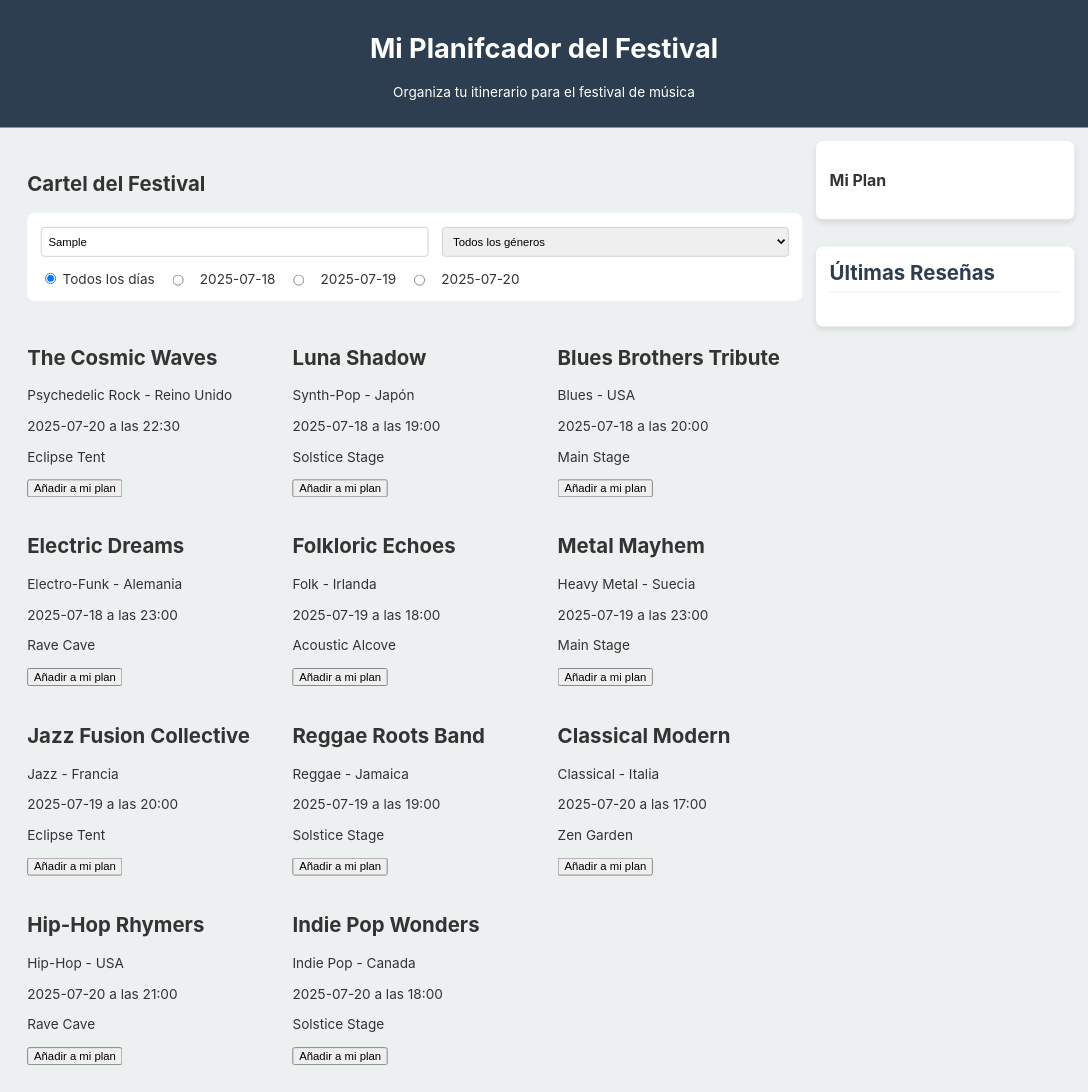
Repository: covaa15/DWEC
Page: Examen12_12_2025/index.html
The author's editor kept a copy of each file at every save. The page is drawn from the files as they stood at one save, then again after the next save.
The browser window is 1280 px wide. The pictures show the whole page, at 85% of full size.
Empty fields were first filled with sample values (such as "Sample", 5 or name@example.com).
After loading, the first visible `#a1` was clicked once.

Above is the page before, as saved 2025-12-12 13:19:34.

### Examen12_12_2025/index.html
<!DOCTYPE html>
<html lang="es">
<head>
    <meta charset="UTF-8">
    <meta name="viewport" content="width=device-width, initial-scale=1.0">
    <title>Festival</title>
    <link rel="stylesheet" href="css/style.css">
</head>
<body>
    <!-- Encabezado principal de la aplicación -->
    <header>
        <h1>Mi Planifcador del Festival</h1>
        <p>Organiza tu itinerario para el festival de música</p>
    </header>

    <!-- Contenedor principal de la aplicación: organiza el dashboard y la columna derecha -->
    <div class="container">
        <!-- Sección principal del dashboard: muestra el cartel del festival y los filtros -->
        <main id="dashboard">
            <h2>Cartel del Festival</h2>
            <!-- Formulario de filtros para buscar y categorizar artistas -->
            <form id="filter-form">
                <input type="text" id="search-name" placeholder="Buscar por nombre...">
                <select id="filter-genre">
                    <option value="">Todos los géneros</option>
                    <!-- Las opciones de género se cargarán aquí dinámicamente mediante JavaScript -->
                </select>
                <div id="filter-day" class="radio-group">
                    <label><input type="radio" name="day" value="" checked> Todos los días</label>
                    <!-- Las opciones de día se cargarán aquí dinámicamente mediante JavaScript -->
                </div>
            </form>
            <!-- Contenedor donde se mostrarán las tarjetas de los artistas filtrados -->
            <div id="artist-list" class="grid-container">
                <!-- Las tarjetas de artistas se insertarán aquí por JavaScript -->
            </div>
        </main>

        <!-- Columna lateral derecha: contiene el plan del usuario y las reseñas -->
        <div class="right-column">
            <!-- Sección para el plan personalizado del usuario -->
            <aside id="my-plan-container">
                <h3>Mi Plan</h3>
                <!-- Lista donde se añadirán las actuaciones seleccionadas por el usuario -->
                <ul id="plan-list">
                    <!-- Las actuaciones añadidas aparecerán aquí por JavaScript -->
                </ul>
            </aside>
            <!-- Sección para mostrar las reseñas de los artistas -->
            <section id="reviews-section">
                <h2>Últimas Reseñas</h2>
                <!-- Contenedor donde se mostrarán las tarjetas de las reseñas -->
                <div id="reviews-list">
                    <!-- Las reseñas se insertarán aquí por JavaScript -->
                </div>
            </section>
        </div>
    </div>

    <!-- Modal para el formulario de reseña (inicialmente oculto) -->
    <div id="review-modal" class="modal-overlay" style="display: none;">
        <div class="modal-content">
            <button class="close-modal">&times;</button>
            <h3 id="modal-artist-name">Dejar reseña para...</h3>
            <!-- Formulario de reseña del artista. La validación se realiza en el cliente. -->
            <form id="review-form" novalidate>
                <div class="form-group">
                    <label>Calificación:</label>
                    <div class="star-rating">
                        <!-- Campos de radio para la calificación por estrellas (5 a 1) -->
                        <input type="radio" id="star5" name="rating" value="5" required><label for="star5" title="5 stars">★</label>
                        <input type="radio" id="star4" name="rating" value="4"><label for="star4" title="4 stars">★</label>
                        <input type="radio" id="star3" name="rating" value="3"><label for="star3" title="3 stars">★</label>
                        <input type="radio" id="star2" name="rating" value="2"><label for="star2" title="2 stars">★</label>
                        <input type="radio" id="star1" name="rating" value="1"><label for="star1" title="1 star">★</label>
                    </div>
                    <span class="error-message"></span>
                </div>
                <div class="form-group">
                    <label for="comment">Comentario:</label>
                    <textarea id="comment" name="comment" rows="4" minlength="15" required></textarea>
                    <span class="error-message"></span>
                </div>
                <div class="form-group">
                    <label for="email">Email:</label>
                    <input type="email" id="email" name="email" required>
                    <span class="error-message"></span>
                </div>
                <button type="submit">Enviar Reseña</button>
            </form>
        </div>
    </div>


    <!-- Mensaje de éxito temporal para confirmaciones de usuario (inicialmente oculto) -->
    <div id="success-message" class="success-message" style="display: none;"></div>

    <!-- Enlace al archivo JavaScript principal de la aplicación.
         El atributo 'type="module"' permite usar importaciones y exportaciones de módulos. -->
    <script src="js/main.js" type="module"></script>
</body>
</html>

### Examen12_12_2025/css/style.css
/* --- GENERALES Y LAYOUT --- */
/* Este bloque define variables globales (--variable) para la paleta de colores y estilos reutilizables.
   También establece los estilos base para la página, como la fuente y la maquetación principal de dos columnas usando Flexbox. */
:root {
    --primary-color: #2c3e50;
    --secondary-color: #3498db;
    --background-color: #ecf0f1;
    --card-bg-color: #ffffff;
    --text-color: #333;
    --error-color: #e74c3c;
    --success-color: #2ecc71;
    --star-color: #f1c40f;
    --border-radius: 8px;
    --box-shadow: 0 4px 8px rgba(0, 0, 0, 0.1);
}

body {
    font-family: -apple-system, BlinkMacSystemFont, "Segoe UI", Roboto, Helvetica, Arial, sans-serif;
    margin: 0;
    background-color: var(--background-color);
    color: var(--text-color);
}

header {
    background-color: var(--primary-color);
    color: white;
    padding: 1rem 2rem;
    text-align: center;
}

.container {
    display: flex;
    flex-wrap: wrap;
    padding: 1rem;
}

main#dashboard {
    flex: 3;
    min-width: 300px;
    padding: 1rem;
}

.right-column {
    flex: 1;
    min-width: 300px;
    display: flex;
    flex-direction: column;
    gap: 2rem;
}

aside#my-plan-container {
    background-color: var(--card-bg-color);
    padding: 1rem;
    border-radius: var(--border-radius);
    box-shadow: var(--box-shadow);
}

/* --- FORMULARIO DE FILTROS --- */
/* Estilos para el formulario que permite al usuario buscar y filtrar artistas. */
#filter-form {
    display: flex;
    flex-wrap: wrap;
    gap: 1rem;
    margin-bottom: 2rem;
    background-color: var(--card-bg-color);
    padding: 1rem;
    border-radius: var(--border-radius);
}

#filter-form input[type="text"],
#filter-form select {
    padding: 0.5rem;
    border: 1px solid #ccc;
    border-radius: 4px;
    flex-grow: 1;
}

.radio-group {
    display: flex;
    gap: 1rem;
    align-items: center;
}

/* --- TARJETAS DE ARTISTAS --- */
/* Define el layout de parrilla para las tarjetas de artistas y el estilo de cada tarjeta individual,
   incluyendo efectos visuales como sombras y animaciones al pasar el ratón. */
.grid-container {
    display: grid;
    grid-template-columns: repeat(auto-fill, minmax(220px, 1fr));
    gap: 1.5rem;
}

.artist-card {
    background: var(--card-bg-color);
    border-radius: var(--border-radius);
    box-shadow: var(--box-shadow);
    padding: 1rem;
    transition: transform 0.2s, box-shadow 0.2s;
    display: flex;
    flex-direction: column;
}

.artist-card:hover {
    transform: translateY(-5px);
    box-shadow: 0 8px 16px rgba(0, 0, 0, 0.15);
}

.artist-card h3 {
    margin-top: 0;
    color: var(--primary-color);
}

.artist-card p {
    font-size: 0.9rem;
    color: #7f8c8d;
    margin: 0.5rem 0;
}

.card-schedule-info {
    font-size: 0.85rem;
    color: #34495e;
    background-color: #f8f9f9;
    padding: 0.5rem;
    border-radius: 4px;
    margin: 1rem 0;
    border-left: 3px solid var(--secondary-color);
}

.card-schedule-info span {
    display: block;
}

.card-schedule-info span:first-child {
    font-weight: bold;
}

.artist-card button {
    background-color: var(--secondary-color);
    color: white;
    border: none;
    padding: 0.6rem 1rem;
    border-radius: 4px;
    cursor: pointer;
    width: 100%;
    margin-top: auto; /* Empuja el botón al final */
    transition: background-color 0.2s;
}

.artist-card button:hover {
    background-color: #2980b9;
}

/* --- SECCIÓN "MI PLAN" --- */
/* Estilos para la lista de actuaciones que el usuario ha seleccionado.
   Incluye el estilo de cada elemento de la lista y sus botones de acción (Eliminar, Dejar reseña). */
#plan-list {
    list-style-type: none;
    padding: 0;
    margin: 0;
}

#plan-list li {
    background-color: #f9f9f9;
    padding: 0.8rem;
    margin-bottom: 0.8rem;
    border-radius: 4px;
    border-left: 5px solid var(--secondary-color);
    position: relative;
}

#plan-list .plan-item-info strong {
    display: block;
    color: var(--primary-color);
}

#plan-list .plan-item-info span {
    font-size: 0.85rem;
    color: #7f8c8d;
}

#plan-list .plan-item-actions {
    margin-top: 0.5rem;
    display: flex;
    gap: 0.5rem;
}

.plan-item-actions button {
    font-size: 0.75rem;
    padding: 0.3rem 0.6rem;
    border-radius: 3px;
    cursor: pointer;
    border: 1px solid;
}

.btn-delete {
    border-color: var(--error-color);
    color: var(--error-color);
    background: transparent;
}
.btn-review {
    border-color: var(--secondary-color);
    color: var(--secondary-color);
    background: transparent;
}
.btn-review:disabled {
    border-color: #ccc;
    color: #ccc;
    cursor: not-allowed;
}


/* --- MODAL --- */
/* Estilos para la ventana modal que aparece superpuesta.
   Define la capa de fondo oscura y el contenedor del contenido del modal. */
.modal-overlay {
    position: fixed;
    top: 0;
    left: 0;
    width: 100%;
    height: 100%;
    background-color: rgba(0, 0, 0, 0.6);
    display: flex;
    justify-content: center;
    align-items: center;
    z-index: 1000;
}

.modal-content {
    background: white;
    padding: 2rem;
    border-radius: var(--border-radius);
    width: 90%;
    max-width: 500px;
    position: relative;
}

.close-modal {
    position: absolute;
    top: 1rem;
    right: 1rem;
    background: none;
    border: none;
    font-size: 1.5rem;
    cursor: pointer;
}

/* --- FORMULARIO DE RESEÑA --- */
/* Define los estilos para el formulario dentro del modal, incluyendo los campos de entrada,
   los mensajes de error de validación y el sistema de calificación por estrellas. */
#review-form .form-group {
    margin-bottom: 1rem;
}

#review-form label {
    display: block;
    margin-bottom: 0.3rem;
}

#review-form input,
#review-form textarea {
    width: 100%;
    padding: 0.5rem;
    border: 1px solid #ccc;
    border-radius: 4px;
    box-sizing: border-box;
}

#review-form button {
    background-color: var(--success-color);
    color: white;
    padding: 0.7rem 1.5rem;
    border: none;
    border-radius: 4px;
    cursor: pointer;
}
.error-message {
    color: var(--error-color);
    font-size: 0.8rem;
    height: 1rem;
    display: block;
}
input:invalid, textarea:invalid {
    border-color: var(--error-color);
}

/* Star Rating: Implementación de calificación por estrellas con inputs de radio y CSS. */
.star-rating {
    display: flex;
    flex-direction: row-reverse;
    justify-content: flex-end;
}

.star-rating input[type="radio"] {
    display: none;
}

.star-rating label {
    color: #ccc;
    cursor: pointer;
    font-size: 2rem;
    margin: 0;
}

.star-rating input[type="radio"]:checked ~ label,
.star-rating label:hover,
.star-rating label:hover ~ label {
    color: var(--star-color);
}

/* --- MENSAJE DE ÉXITO --- */
/* Estilos para la notificación flotante que aparece tras enviar una reseña. */
.success-message {
    position: fixed;
    bottom: 20px;
    left: 50%;
    transform: translateX(-50%);
    background-color: var(--success-color);
    color: white;
    padding: 1rem 2rem;
    border-radius: var(--border-radius);
    z-index: 1001;
    box-shadow: var(--box-shadow);
}


/* --- SECCIÓN DE RESEÑAS --- */
/* Estilos para la sección que muestra las reseñas enviadas y el formato de cada tarjeta de reseña. */
#reviews-section {
    background-color: var(--card-bg-color);
    padding: 1rem;
    border-radius: var(--border-radius);
    box-shadow: var(--box-shadow);
}

#reviews-section h2 {
    text-align: left;
    margin-top: 0;
    margin-bottom: 1.5rem;
    padding-bottom: 0.5rem;
    border-bottom: 1px solid #eee;
    color: var(--primary-color);
}

#reviews-list {
    display: flex;
    flex-direction: column;
    gap: 1rem;
}

.review-card {
    background: #f9f9f9;
    border-radius: var(--border-radius);
    padding: 1rem;
    display: flex;
    flex-direction: column;
    border-left: 5px solid var(--secondary-color);
}

.review-card h4 {
    margin: 0 0 0.5rem 0;
    color: var(--primary-color);
}

.review-card-rating {
    color: var(--star-color);
    font-size: 1.2rem;
    margin-bottom: 1rem;
}

.review-card-comment {
    font-style: italic;
    color: #555;
    margin: 0;
}


/* --- RESPONSIVE --- */
/* Contiene las Media Queries para adaptar el diseño a diferentes tamaños de pantalla,
   como apilar las columnas en dispositivos móviles. */
@media (max-width: 992px) {
    .container {
        flex-direction: column;
    }
    .right-column {
        margin-top: 2rem;
        gap: 2rem;
    }
}

### Examen12_12_2025/js/main.js
// js/main.js
let artistas = [];
let horarios = [];
let escenarios = [];
const dias = [];
let botonesPlan=null;;
const contenedorArtistas = document.querySelector("#artist-list");
const selectorGenero = document.querySelector('#filter-genre');
const buscador = document.querySelector('#search-name');
const filtrosDia = document.querySelector('#filter-day');
const listaPlanes=document.querySelector('#plan-list');
//Cargo los artistas
cargarEscenarios("./data/escenarios.json");
cargarHorarios("./data/horarios.json");
cargarArtistas("./data/artistas.json");



function cargarArtistas(ruta) {
    fetch(ruta)
        .then(res => res.json())
        .then(data => {
            artistas = data;
            mostrarArtistas(artistas);
        })
        .catch(error => console.log("Error al cargar productos:", error));

}
//Cargo los escenarios
function cargarEscenarios(ruta) {
    fetch(ruta)
        .then(res => res.json())
        .then(data => {
            escenarios = data;
            mostrarArtistas(artistas);
        })
        .catch(error => console.log("Error al cargar productos:", error));

}
//Cargo los horarios
function cargarHorarios(ruta) {
    fetch(ruta)
        .then(res => res.json())
        .then(data => {
            horarios = data;
            mostrarArtistas(artistas);
        })
        .catch(error => console.log("Error al cargar productos:", error));

}


function mostrarArtistas(artistas) {
    contenedorArtistas.innerHTML = "";
    cargarGeneros();
    cargarDias();
    artistas.forEach(artista => {
        const card = document.createElement('div');
        card.classList.add(".artist-card")

        let escenario = obtenerEscenario(artista.id);
        let horario = obtenerHorario(artista.id);
        card.innerHTML = `
        <h2>${artista.nombre}</h2>
        <p>${artista.genero} - ${artista.pais}</p>
        <div>
            <p>${horario.dia} a las ${horario.horaInicio}</p>
             <p> ${escenario}</p>
             <button id=${artista.id}>Añadir a mi plan</button>
        </div>
       `

        contenedorArtistas.appendChild(card);
        activarBotones();
    });


}
//Obtener el escenario
function obtenerEscenario(idArtista) {
    let nombreEscenario;
    const horario = obtenerHorario(idArtista);
    escenarios.forEach(escenario => {
        if (escenario.id === horario.escenarioId)
            nombreEscenario = escenario.nombre;
    });
    return nombreEscenario;
}

//Obtener Horarios
function obtenerHorario(idArtista) {
    let horarioArtista;
    horarios.forEach(horario => {

        if (horario.artistaId === idArtista)
            horarioArtista = horario;

    });
    return horarioArtista;
}

function cargarGeneros() {
    artistas.forEach(artista => {
        let opcion = document.createElement('option');
        opcion.textContent = artista.genero;

        selectorGenero.appendChild(opcion);
    });
}

function cargarDias() {

    horarios.forEach(horario => {


        if (dias.includes(horario.dia)===false) {
            dias.push(horario.dia);
            let label=document.createElement('label');
            label.textContent=horario.dia;
            let opcion = document.createElement('input');
            opcion.type = 'radio';
            opcion.name = 'day';
            opcion.value = horario.dia;
            filtrosDia.appendChild(opcion);
            filtrosDia.appendChild(label);

        }
    });
}


//Aplico los filtros
function aplicarFiltros() {
    const artistaBuscado = buscador.value.toLowerCase();
    let artistasFiltrados = artistas;
    const generoSeleccionado = selectorGenero.value.toLocaleLowerCase();

    if (artistaBuscado !== "") {
        artistasFiltrados = artistasFiltrados.filter(artista =>
            artista.nombre.toLowerCase().includes(artistaBuscado)
        );
    }

    if (generoSeleccionado !== '') {
        artistasFiltrados = artistasFiltrados.filter((artista) => {
            if (artista.genero.toLocaleLowerCase() === generoSeleccionado)
                return artista;
        }
        );
    }



    if (artistasFiltrados.length === 0) {
        contenedorArtistas.innerHTML = `<p>No se encontraron artistas.</p>`;
        contenedorArtistas.style.display = "block";
        return;
    }

    mostrarArtistas(artistasFiltrados);
}
buscador.addEventListener("input", aplicarFiltros);
selectorGenero.addEventListener("change", aplicarFiltros);

function activarBotones(){
    document.querySelectorAll("button").forEach(btn => {
        btn.addEventListener("click", () => {
console.log(btn.id);


        });
    });


}

### Examen12_12_2025/data/escenarios.json
[
  {
    "id": "e1",
    "nombre": "Solstice Stage",
    "capacidad": 15000,
    "ubicacion": "Zona Norte"
  },
  {
    "id": "e2",
    "nombre": "Eclipse Tent",
    "capacidad": 5000,
    "ubicacion": "Zona Oeste"
  },
  {
    "id": "e3",
    "nombre": "Zen Garden",
    "capacidad": 3000,
    "ubicacion": "Zona Sur"
  },
  {
    "id": "e4",
    "nombre": "Rave Cave",
    "capacidad": 7000,
    "ubicacion": "Zona Este"
  },
  {
    "id": "e5",
    "nombre": "Acoustic Alcove",
    "capacidad": 1000,
    "ubicacion": "Centro"
  },
  {
    "id": "e6",
    "nombre": "Main Stage",
    "capacidad": 20000,
    "ubicacion": "Entrada Principal"
  },
  {
    "id": "e7",
    "nombre": "Chill Zone",
    "capacidad": 2000,
    "ubicacion": "Junto al Lago"
  },
  {
    "id": "e8",
    "nombre": "Groove Ground",
    "capacidad": 6000,
    "ubicacion": "Área de Comida"
  },
  {
    "id": "e9",
    "nombre": "Tech Temple",
    "capacidad": 4000,
    "ubicacion": "Bosque"
  },
  {
    "id": "e10",
    "nombre": "Vibe Village",
    "capacidad": 2500,
    "ubicacion": "Campamento"
  }
]

### Examen12_12_2025/data/horarios.json
[
  {
    "artistaId": "a1",
    "escenarioId": "e6",
    "dia": "2025-07-18",
    "horaInicio": "22:00",
    "duracion": 90
  },
  {
    "artistaId": "a3",
    "escenarioId": "e6",
    "dia": "2025-07-18",
    "horaInicio": "20:00",
    "duracion": 90
  },
  {
    "artistaId": "a2",
    "escenarioId": "e1",
    "dia": "2025-07-18",
    "horaInicio": "19:00",
    "duracion": 60
  },
  {
    "artistaId": "a4",
    "escenarioId": "e4",
    "dia": "2025-07-18",
    "horaInicio": "23:00",
    "duracion": 75
  },
  {
    "artistaId": "a5",
    "escenarioId": "e5",
    "dia": "2025-07-19",
    "horaInicio": "18:00",
    "duracion": 60
  },
  {
    "artistaId": "a6",
    "escenarioId": "e6",
    "dia": "2025-07-19",
    "horaInicio": "23:00",
    "duracion": 120
  },
  {
    "artistaId": "a7",
    "escenarioId": "e2",
    "dia": "2025-07-19",
    "horaInicio": "20:00",
    "duracion": 90
  },
  {
    "artistaId": "a8",
    "escenarioId": "e1",
    "dia": "2025-07-19",
    "horaInicio": "19:00",
    "duracion": 75
  },
  {
    "artistaId": "a9",
    "escenarioId": "e3",
    "dia": "2025-07-20",
    "horaInicio": "17:00",
    "duracion": 60
  },
  {
    "artistaId": "a10",
    "escenarioId": "e4",
    "dia": "2025-07-20",
    "horaInicio": "21:00",
    "duracion": 90
  },
  {
    "artistaId": "a11",
    "escenarioId": "e1",
    "dia": "2025-07-20",
    "horaInicio": "18:00",
    "duracion": 75
  },
  {
    "artistaId": "a1",
    "escenarioId": "e2",
    "dia": "2025-07-20",
    "horaInicio": "22:30",
    "duracion": 90
  }
]

### Examen12_12_2025/data/artistas.json
[
  {
    "id": "a1",
    "nombre": "The Cosmic Waves",
    "genero": "Psychedelic Rock",
    "pais": "Reino Unido",
    "miembros": ["Alex", "Zoe", "Sam", "Leo"],
    "fansEstimados": 12000
  },
  {
    "id": "a2",
    "nombre": "Luna Shadow",
    "genero": "Synth-Pop",
    "pais": "Japón",
    "miembros": ["Yuki"],
    "fansEstimados": 8000
  },
  {
    "id": "a3",
    "nombre": "Blues Brothers Tribute",
    "genero": "Blues",
    "pais": "USA",
    "miembros": ["Jake", "Elwood"],
    "fansEstimados": 15000
  },
  {
    "id": "a4",
    "nombre": "Electric Dreams",
    "genero": "Electro-Funk",
    "pais": "Alemania",
    "miembros": ["DJ Spark", "BassBot"],
    "fansEstimados": 9500
  },
  {
    "id": "a5",
    "nombre": "Folkloric Echoes",
    "genero": "Folk",
    "pais": "Irlanda",
    "miembros": ["Fiona", "Liam", "Aoife"],
    "fansEstimados": 7000
  },
  {
    "id": "a6",
    "nombre": "Metal Mayhem",
    "genero": "Heavy Metal",
    "pais": "Suecia",
    "miembros": ["Thor", "Odin", "Loki"],
    "fansEstimados": 18000
  },
  {
    "id": "a7",
    "nombre": "Jazz Fusion Collective",
    "genero": "Jazz",
    "pais": "Francia",
    "miembros": ["Pierre", "Marie", "Louis"],
    "fansEstimados": 6000
  },
  {
    "id": "a8",
    "nombre": "Reggae Roots Band",
    "genero": "Reggae",
    "pais": "Jamaica",
    "miembros": ["Rasta Joe", "Mama Earth"],
    "fansEstimados": 11000
  },
  {
    "id": "a9",
    "nombre": "Classical Modern",
    "genero": "Classical",
    "pais": "Italia",
    "miembros": ["Maestro Carlo"],
    "fansEstimados": 4000
  },
  {
    "id": "a10",
    "nombre": "Hip-Hop Rhymers",
    "genero": "Hip-Hop",
    "pais": "USA",
    "miembros": ["MC Flow", "Beat Master"],
    "fansEstimados": 13000
  },
  {
    "id": "a11",
    "nombre": "Indie Pop Wonders",
    "genero": "Indie Pop",
    "pais": "Canada",
    "miembros": ["Chloe", "Finn"],
    "fansEstimados": 8500
  }
]

After the next save:
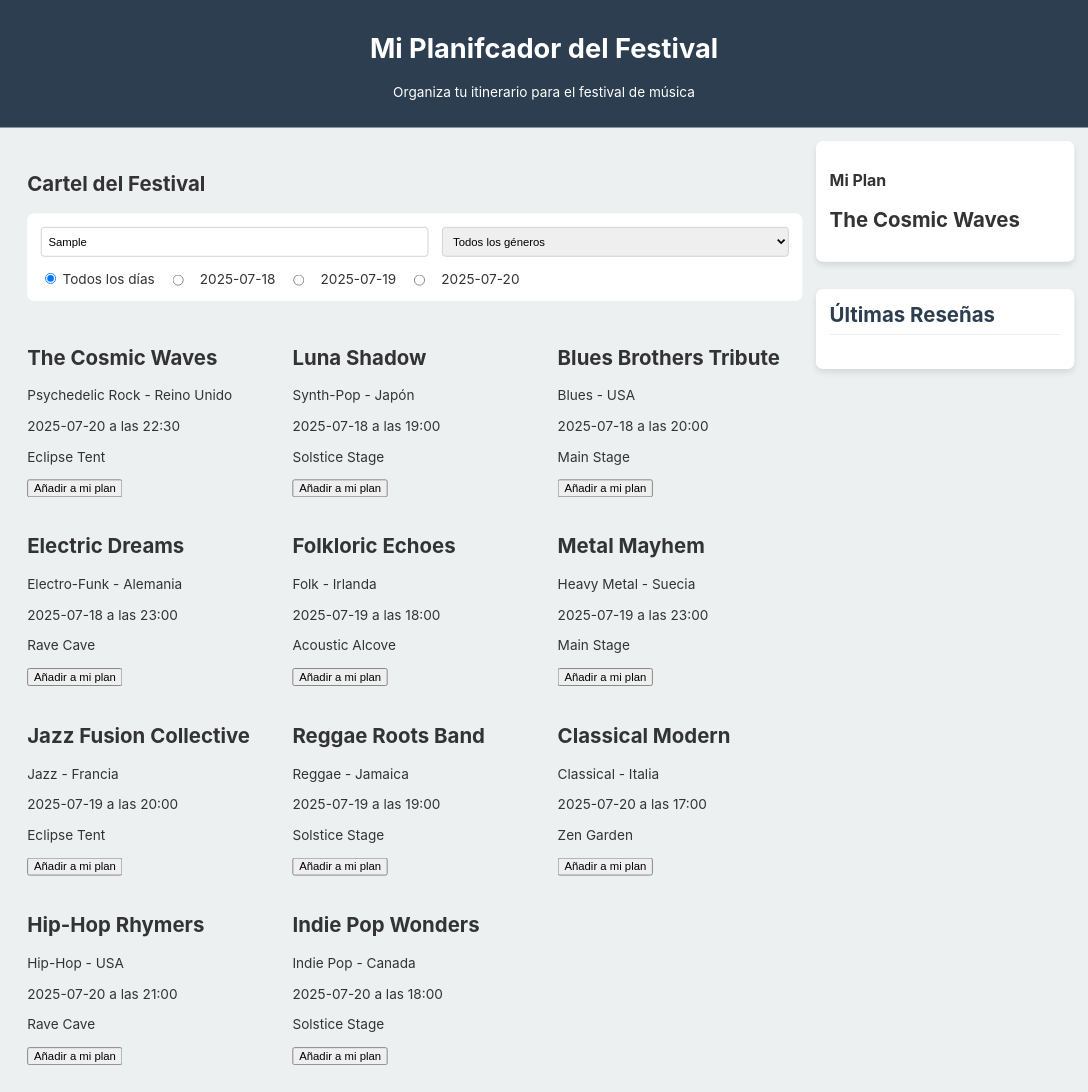
Saved 3 min 41 s later.
--- a/Examen12_12_2025/js/main.js
+++ b/Examen12_12_2025/js/main.js
@@ -165,11 +165,21 @@ selectorGenero.addEventListener("change", aplicarFiltros);
 function activarBotones(){
     document.querySelectorAll("button").forEach(btn => {
         btn.addEventListener("click", () => {
-console.log(btn.id);
-
+            let artista=obtenerArtista(btn.id);
+            listaPlanes.innerHTML=`
+            <h1>${artista.nombre}</h1>
+            `
 
         });
     });
 
+}
 
+function obtenerArtista(botonID){
+let artistaBoton;
+    artistas.forEach(artista=>{
+        if(artista.id===botonID)
+            artistaBoton=artista;
+    });
+    return artistaBoton;
 }
